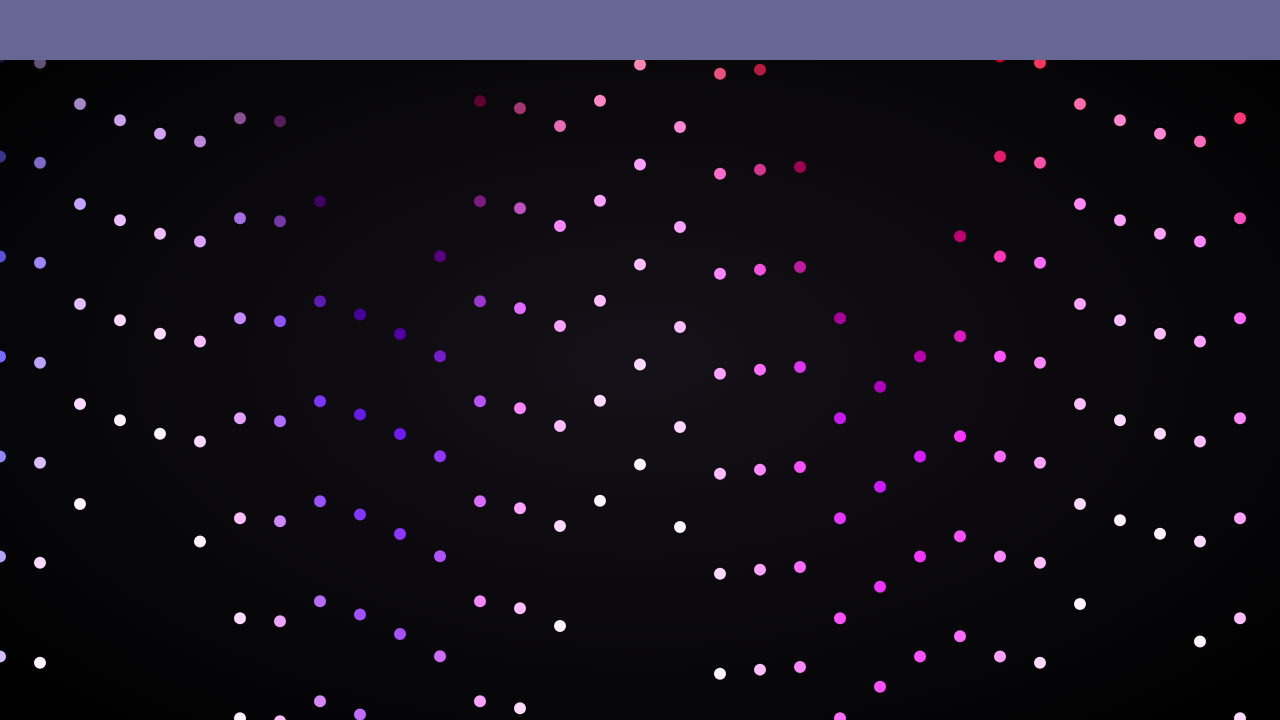
Repository: Iban-del/ProjetBacIban
Page: index.html
The author's editor kept a copy of each file at every save. The page is drawn from the files as they stood at one save, then again after the next save.
The browser window is 1280 px wide. The pictures show the whole page.

Above is the page before, as saved 2025-02-19 19:56:15.

### index.html
<!DOCTYPE html>
<html lang="fr">
<head>
    <meta charset="UTF-8">
    <meta name="viewport" content="width=device-width, initial-scale=1.0">
    <link rel="icon" type="image/x-icon" href="./image/image.png">
    <link rel="stylesheet" href="./css/index.css">
    <title>Iban</title>
    <script src="./js/background.js" type="module"></script>
    <canvas id="canvas-background"></canvas>
</head>
<body>
    <nav class="navBar"></nav>

</body>
</html>

### css/index.css
html,body{
    margin: 0px;
    overflow-x: clip;
    display: flex;
}

.navBar{
    height: 60px;
    width: 100%;
    position: fixed;
    background-color: rgb(103, 103, 147);
    z-index: 1;
    display: flex;
    justify-content: end;
    align-items: center;
    color: white;
}

.background-canvas{
    overflow-x: clip;
    background:radial-gradient(rgb(50, 50, 71), rgb(0, 0, 0));
    z-index: 10;
    position: fixed;
}

### js/background.js
/**
 * création du fond du site
 */

//constante avec les couleur des composant
const darkColor ={
    backgrounds1:"#000",
    backgrounds2:"#141118",
};

//constante avec les couleur des composant
const lightColor ={
    backgrounds1:"#FDFCFE",
    backgrounds2:"#FAF8FD",
};


/**
 * fonction qui permet de géré le fond par default en cas d'érreur
 */
function defaultBackground(){

    const body = document.querySelector("body");

    if(body instanceof HTMLBodyElement){
        body.style.backgroundColor = darkColor.backgrounds2;
    }

}


/**
 * cette fonction permet d'attribué le style au canvas
 */
function canvasStyle(canvas){

    if(canvas instanceof HTMLCanvasElement){

        canvas.height = window.innerHeight;
        canvas.width = window.innerWidth;
        canvas.style.background = "radial-gradient("+darkColor.backgrounds2+","+darkColor.backgrounds1+")";

        return;
    }

    throw new Error("Canvas n'est pas de type HTMLCanvasElement ");

}

/**
 * fonction de création d'une vague
 */
function vague(x,A){

    const lambda = 0.002;//longueur d'onde
    const k = lambda*2*Math.PI; //nombre oscilation
    const phi = 3;//décalage
    return A*Math.sin(k*x+phi);
}


/**
 * affichage de la vague
 * @param CanvasRenderingContext2D  ctx
 */
function drawVague(ctx,canvas,A,steep){

    if(ctx instanceof CanvasRenderingContext2D){
        ctx.clearRect(0, 0, canvas.width, canvas.height);
        let color =0;
        for(let t = -100;t < window.innerHeight+100;t+= 100){
            ctx.beginPath();
            for(let i = 0 ;i < window.innerWidth;i+=40){
                let x = i
                let y = vague(x,A)+(t)+(x*0.1);
                ctx.lineTo(x,y)
                ctx.beginPath();
                ctx.moveTo(x,y)
                ctx.fillStyle=`rgb(${color+(x*.2)},${color*0.9},${color+(y*.49)})`;
                ctx.arc(x,y,6,0,Math.PI*2,true)
                ctx.fill();

            }
            color+=30;
        }


        if(A >950){

            steep +=-Math.PI*2;

        }else if(A < 10){
            steep += Math.PI;
        }
        A+= steep;
        // Demander la prochaine frame
        requestAnimationFrame(() => drawVague(ctx, canvas, A, steep));

    }


}

/**
 * fonction pour annimer le fond
 */
function animateBackground(ctx,canvas,A){

    let steep = 1;
    drawVague(ctx,canvas,A,steep)



    //requestAnimationFrame(animateBackground(ctx,A+steep));

}


/**
 * fonction d'initialisation du fond
 */
function init(){
    //récupération des élémentcanvas
    const canvas = document.querySelector("canvas");

    if(canvas instanceof HTMLCanvasElement){

        const ctx = canvas.getContext('2d');

        canvasStyle(canvas);
        animateBackground(ctx,canvas,100)

    }
}

try{

    init()

}catch(error){

    console.log(error)
    defaultBackground()
}

After the next save:
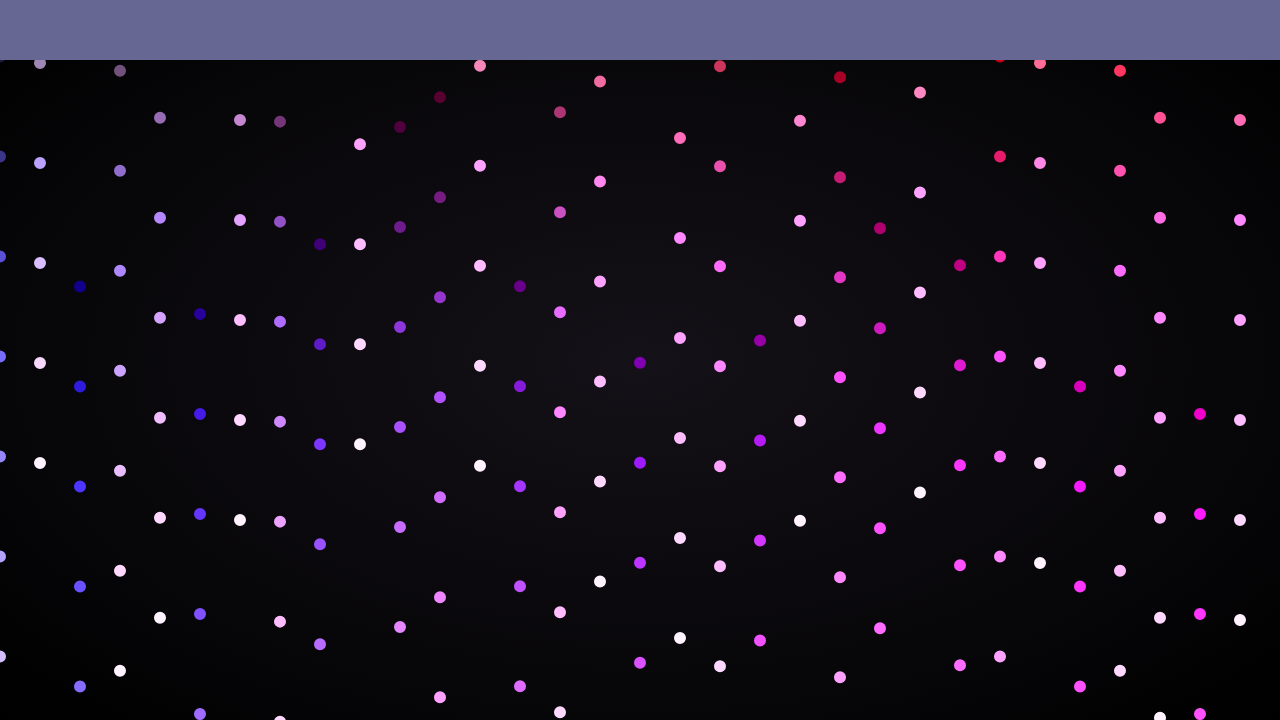
Saved 4 min 8 s later.
--- a/js/background.js
+++ b/js/background.js
@@ -53,7 +53,7 @@
 function vague(x,A){
 
     const lambda = 0.002;//longueur d'onde
-    const k = lambda*2*Math.PI; //nombre oscilation
+    const k = lambda*9*Math.PI; //nombre oscilation
     const phi = 3;//décalage
     return A*Math.sin(k*x+phi);
 }

After the save that followed:
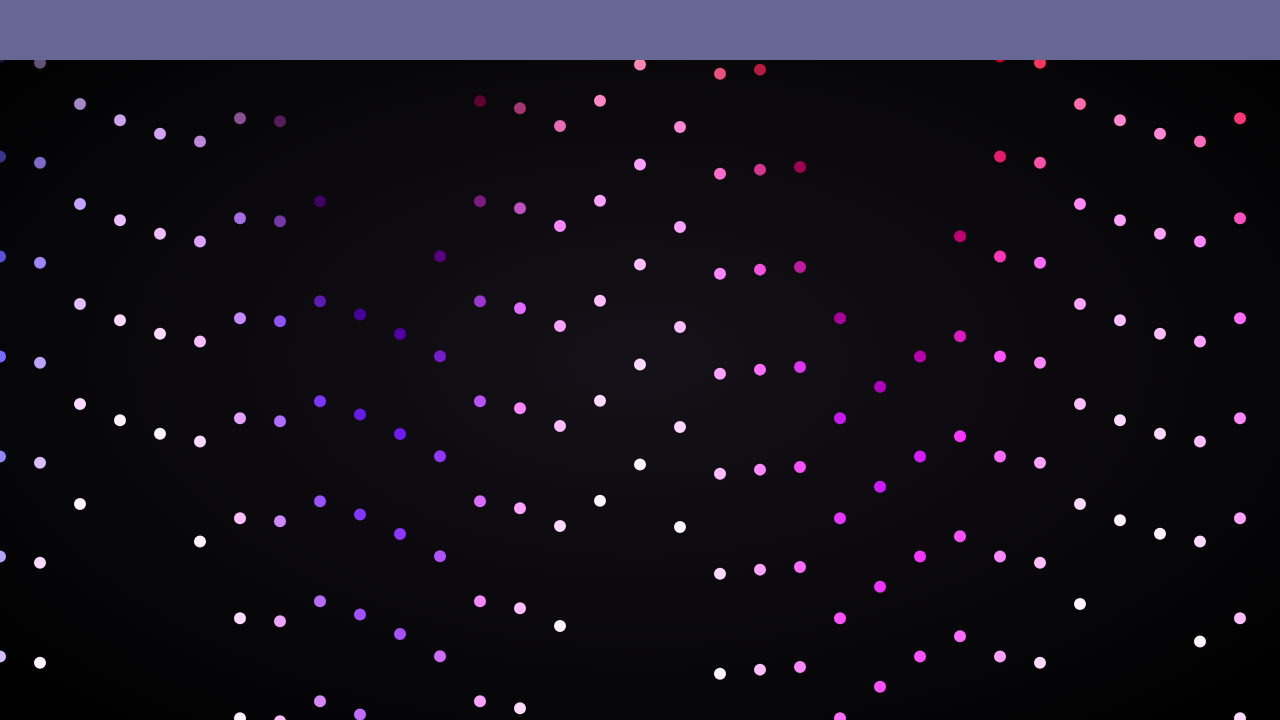
Saved 45 s later.
--- a/js/background.js
+++ b/js/background.js
@@ -53,7 +53,7 @@
 function vague(x,A){
 
     const lambda = 0.002;//longueur d'onde
-    const k = lambda*9*Math.PI; //nombre oscilation
+    const k = lambda*2*Math.PI; //nombre oscilation
     const phi = 3;//décalage
     return A*Math.sin(k*x+phi);
 }
